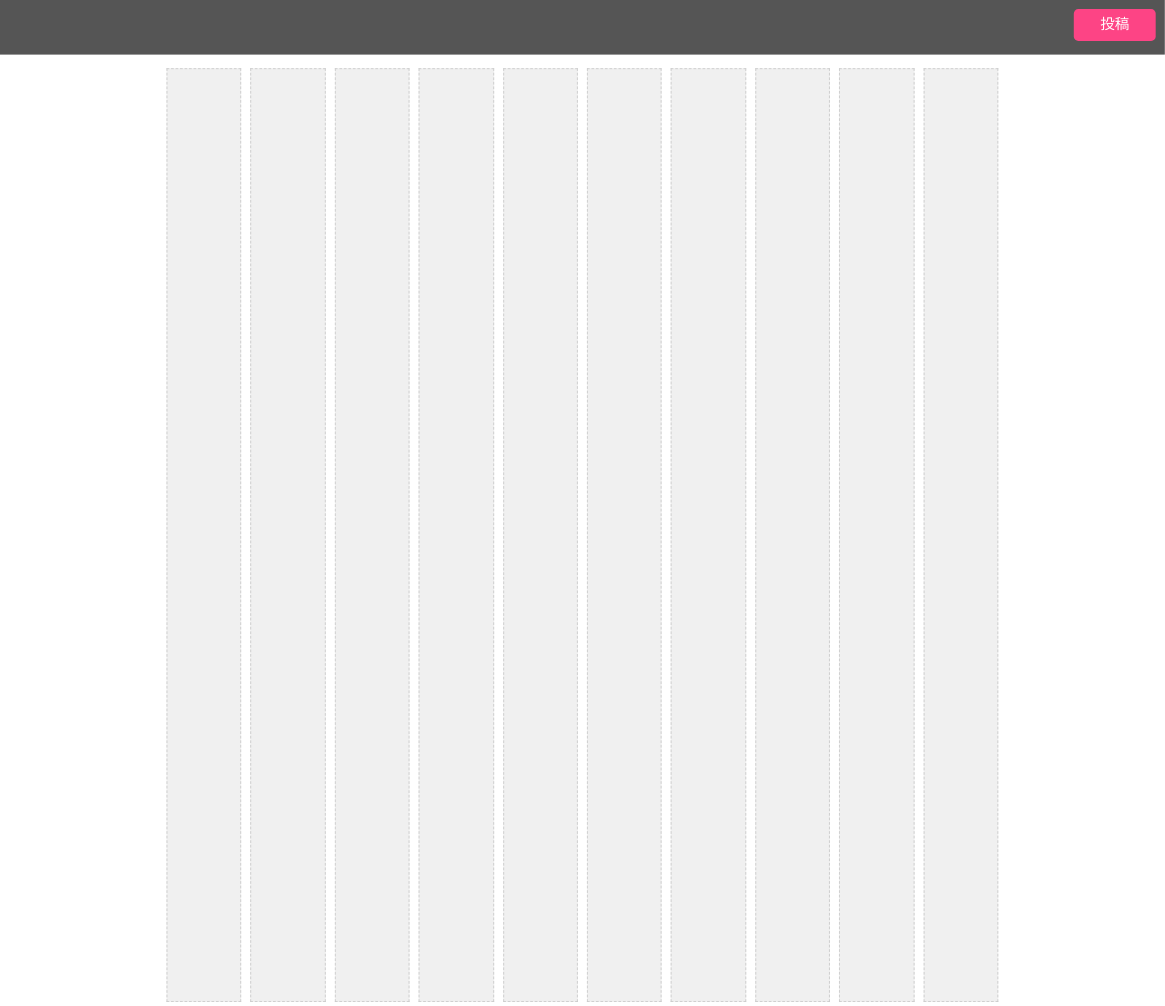
Repository: masaharu0090/yuibon_001
Page: http://localhost/html/index.php
An editor plug-in stored every save of this project. The page is shown before and after the next save, followed by the edit.
The browser window is 1280 px wide. The pictures show the whole page, at 91% of full size.
The page is run by PHP 8.4 with error messages shown; the project is at /var/www/html/. Queries for data that is not in the repository find no rows.

Above is the page before, as saved 2023-08-01 17:41:35.

After the next save:
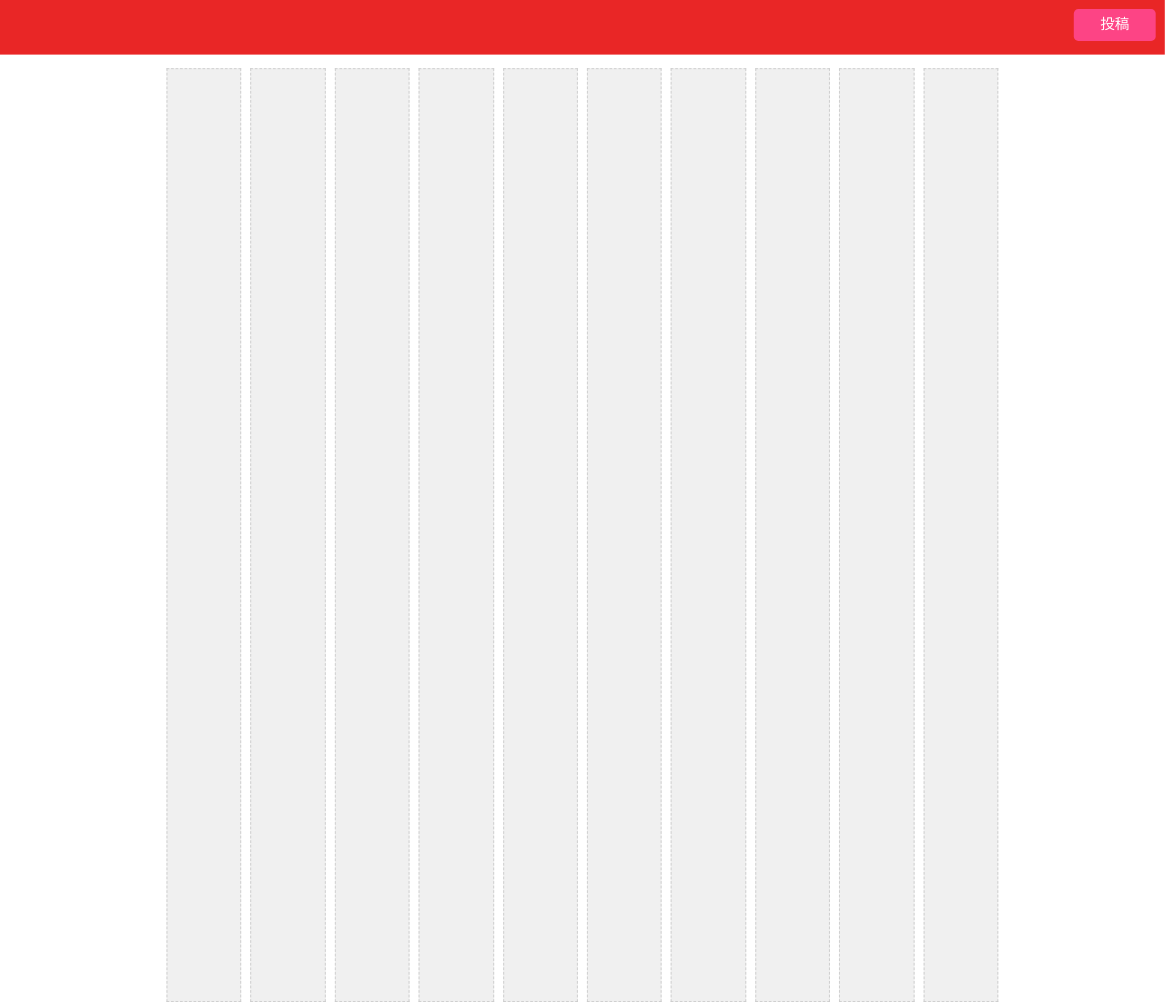
Saved 3 min 9 s later.
--- a/ImagePosting_08.04/style.css
+++ b/ImagePosting_08.04/style.css
@@ -425,7 +425,7 @@ th {
 .header {
   width: 100%;
   height: 60px;
-  background-color: #555555;
+  background-color: #e92626;
   display: flex;
   justify-content: end;
 }
